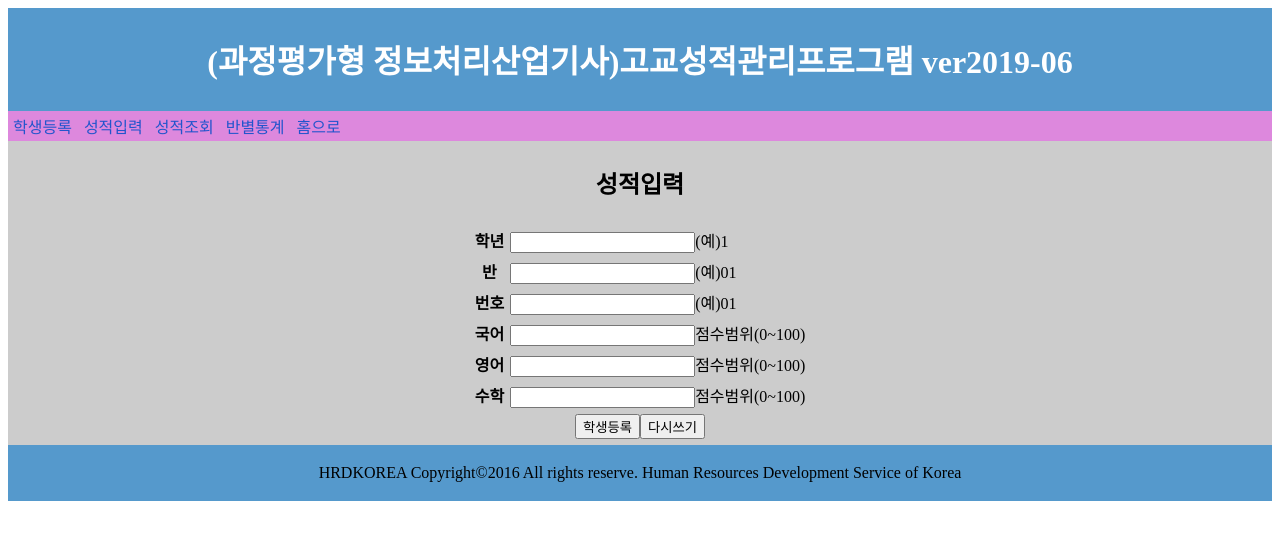
Repository: bolbbal/jdbc
Page: http://localhost/cbq_99/sub3.jsp
The author's editor kept a copy of each file at every save. The page is drawn from the files as they stood at one save, then again after the next save.
The browser window is 1280 px wide. The pictures show the whole page.
The page is served by Tomcat 9. Other server files are loaded and not shown. Queries for data that is not in the repository find no rows.

Above is the page before, as saved 2024-08-26 07:06:06.

### javastudy18/jspStudy/cbq_99/cbq_99/WebContent/sub3.jsp
<%@ page language="java" contentType="text/html; charset=UTF-8"
	pageEncoding="UTF-8"%>
<%@ page import="Model.*"%>
<%@ page import="java.sql.*"%>
<%@ page import="java.util.*"%>
<%@ page import="java.text.*"%>
<!DOCTYPE html>
<html>
<head>
<meta charset="UTF-8">
<title>고교성적관리</title>
<style>
header {
	background: #59c;
	padding: 1px;
}

h1 {
	color: #fff;
	text-align: center;
	padding: 6px
}

nav {
	background: #D8D;
	padding: 1px
}

a {
	text-decoration: none;
	color: #25C;
	display: inline-block;
	padding: 2px 4px;
}

section {
	padding: 1px;
	background: #CCC;
}

h2 {
	text-align: center;
	padding: 3px;
}

footer {
	background: #59c;
	padding: 1px;
}

footer p {
	text-align: center;
	padding: 2px;
}

table, th, td {
	border: 1px solid #ccc;
}

table {
	margin: 0 auto;
}
</style>
<script type="text/javascript">
	function check() {
		if (my.syear.value == "") {
			alert("학년정보가 입력되지 않았습니다!");
			my.syear.focus();
			return false;
		}
		if (my.sclass.value == "") {
			alert("반정보가 입력되지 않았습니다!");
			my.sclass.focus();
			return false;
		}
		if (my.sno.value == "") {
			alert("번호정보가 입력되지 않았습니다!");
			my.sno.focus();
			return false;
		}
		if (my.kor.value == "") {
			alert("국어성적이 입력되지 않았습니다!");
			my.kor.focus();
			return false;
		}
		if (my.eng.value == "") {
			alert("영어성적이 입력되지 않았습니다!");
			my.eng.focus();
			return false;
		}
		if (my.mat.value == "") {
			alert("수학성적이 입력되지 않았습니다!");
			my.mat.focus();
			return false;
		}
		return true;

	}
</script>
</head>
<body>
	<header>
		<h1>(과정평가형 정보처리산업기사)고교성적관리프로그램 ver2019-06</h1>
	</header>
	<nav>
		<a href="sub1.jsp">학생등록</a> <a href="sub2.jsp">성적입력</a> <a
			href="sub3.jsp">성적조회</a> <a href="sub4.jsp">반별통계</a> <a
			href="index.jsp">홈으로</a>
	</nav>
	<section>
		<h2>성적입력</h2>
		<form name="my" method="post" action="sub2pro.jsp"
			onsubmit="return check()">
			<table>
				<tr>
					<th>학년</th>
					<td><input type="text" name="syear">(예)1</td>
				</tr>
				<tr>
					<th>반</th>
					<td><input type="text" name="sclass">(예)01</td>
				</tr>
				<tr>
					<th>번호</th>
					<td><input type="text" name="sno">(예)01</td>
				</tr>
				<tr>
					<th>국어</th>
					<td><input type="text" name="kor">점수범위(0~100)</td>
				</tr>
				<tr>
					<th>영어</th>
					<td><input type="text" name="eng">점수범위(0~100)</td>
				</tr>
				<tr>
					<th>수학</th>
					<td><input type="text" name="mat">점수범위(0~100)</td>
				</tr>
				<tr>
					<td colspan="2" style="text-align: center;"><input
						type="submit" value="학생등록"><input type="reset"
						value="다시쓰기"></td>
				</tr>
			</table>
		</form>
	</section>
	<footer>
		<p>HRDKOREA Copyright&copy;2016 All rights reserve. Human
			Resources Development Service of Korea</p>
	</footer>
</body>
</html>

### javastudy18/jspStudy/cbq_99/cbq_99/src/Model/ScoreDao.java
package Model;

import java.sql.*;
import java.text.DecimalFormat;
import java.util.ArrayList;
import java.util.List;

public class ScoreDao {
	DecimalFormat df = new DecimalFormat("##.0");

	public void close(Connection conn, PreparedStatement pstmt, ResultSet rs) {
		try {
			if (rs != null) {
				rs.close();
			}
			if (pstmt != null) {
				pstmt.close();
			}
			if (conn != null) {
				conn.close();
			}
		} catch (Exception e) {
			e.printStackTrace();
		}
	}

	public void close(Connection conn, PreparedStatement pstmt) {
		try {
			if (pstmt != null) {
				pstmt.close();
			}
			if (conn != null) {
				conn.close();
			}
		} catch (Exception e) {
			e.printStackTrace();
		}
	}

	public void insertStudent(ScoreVo vo) {
		Connection conn = null;
		PreparedStatement pstmt = null;

		String sql = "insert into tbl_student_201905 values (?,?,?,?,?,?,?,?,?)";

		try {
			conn = DBManager.getInstance().getDBManager();
			pstmt = conn.prepareStatement(sql);
			pstmt.setString(1, vo.getSyear());
			pstmt.setString(2, vo.getSclass());
			pstmt.setString(3, vo.getSno());
			pstmt.setString(4, vo.getSname());
			pstmt.setString(5, vo.getBirth());
			pstmt.setString(6, vo.getGender());
			pstmt.setString(7, vo.getTel1());
			pstmt.setString(8, vo.getTel2());
			pstmt.setString(9, vo.getTel3());

			pstmt.executeUpdate();
		} catch (Exception e) {
			e.printStackTrace();
		} finally {
			close(conn, pstmt);
		}
	}

	public void insertScore(ScoreVo vo) {
		Connection conn = null;
		PreparedStatement pstmt = null;

		String sql = "insert into tbl_score_201905 values (?,?,?,?,?,?)";

		try {
			conn = DBManager.getInstance().getDBManager();
			pstmt = conn.prepareStatement(sql);
			pstmt.setString(1, vo.getSyear());
			pstmt.setString(2, vo.getSclass());
			pstmt.setString(3, vo.getSno());
			pstmt.setInt(4, vo.getKor());
			pstmt.setInt(5, vo.getEng());
			pstmt.setInt(6, vo.getMat());

			pstmt.executeUpdate();
		} catch (Exception e) {
			e.printStackTrace();
		} finally {
			close(conn, pstmt);
		}
	}

	public List<ScoreVo> selectScore() {
		Connection conn = null;
		PreparedStatement pstmt = null;
		ResultSet rs = null;

		String sql = "select std.syear, std.sclass, std.sno, std.sname, \r\n" +
				"decode(std.gender, 'M', '남',\r\n" +
				"                   'F', '여') as gender, \r\n" +
				"sc.kor, sc.eng, sc.mat, sum(kor+eng+mat) as tot, \r\n" +
				"round(avg((kor+eng+mat)/3),1) as ave \r\n" +
				"from tbl_student_201905 std, tbl_score_201905 sc \r\n" +
				"where std.sno = sc.sno and std.sclass = sc.sclass\r\n" +
				"group by std.syear, std.sclass, std.sno, std.sname, sc.kor, \r\n" +
				"sc.eng, sc.mat, decode(std.gender, 'M', '남', 'F', '여')\r\n" +
				"order by sclass asc, sno asc";

		List<ScoreVo> list = new ArrayList<ScoreVo>();

		try {
			conn = DBManager.getInstance().getDBManager();
			pstmt = conn.prepareStatement(sql);
			rs = pstmt.executeQuery();

			while(rs.next()) {
				ScoreVo vo = new ScoreVo();
				vo.setSyear(rs.getString("syear"));
				vo.setSclass(rs.getString("sclass"));
				vo.setSno(rs.getString("sno"));
				vo.setSname(rs.getString("sname"));
				vo.setGender(rs.getString("gender"));
				vo.setKor(rs.getInt("kor"));
				vo.setEng(rs.getInt("eng"));
				vo.setMat(rs.getInt("mat"));
				vo.setTot(rs.getInt("tot"));
				double ave = rs.getDouble("ave");
				df.format(ave);
				vo.setAve(ave);
			}
		} catch (Exception e) {
			e.printStackTrace();
		} finally {
			close(conn, pstmt);
		}
		return list;
	}
}

### javastudy18/jspStudy/cbq_99/cbq_99/src/Model/DBManager.java
package Model;

import java.sql.Connection;
import java.sql.DriverManager;

public class DBManager {
	private static DBManager instance = new DBManager();
	private DBManager() {

	}

	public static DBManager getInstance() {
		return instance;
	}

	public Connection getDBManager() {
		Connection conn = null;

		String driver = "oracle.jdbc.driver.OracleDriver";
		String url = "jdbc:oracle:thin:@localhost:1521:xe";
		String id = "jsl18";
		String pw = "1234";

		try {
			Class.forName(driver);
			conn = DriverManager.getConnection(url,id,pw);
		} catch (Exception e) {
			e.printStackTrace();
		}

		return conn;
	}
}

After the next save:
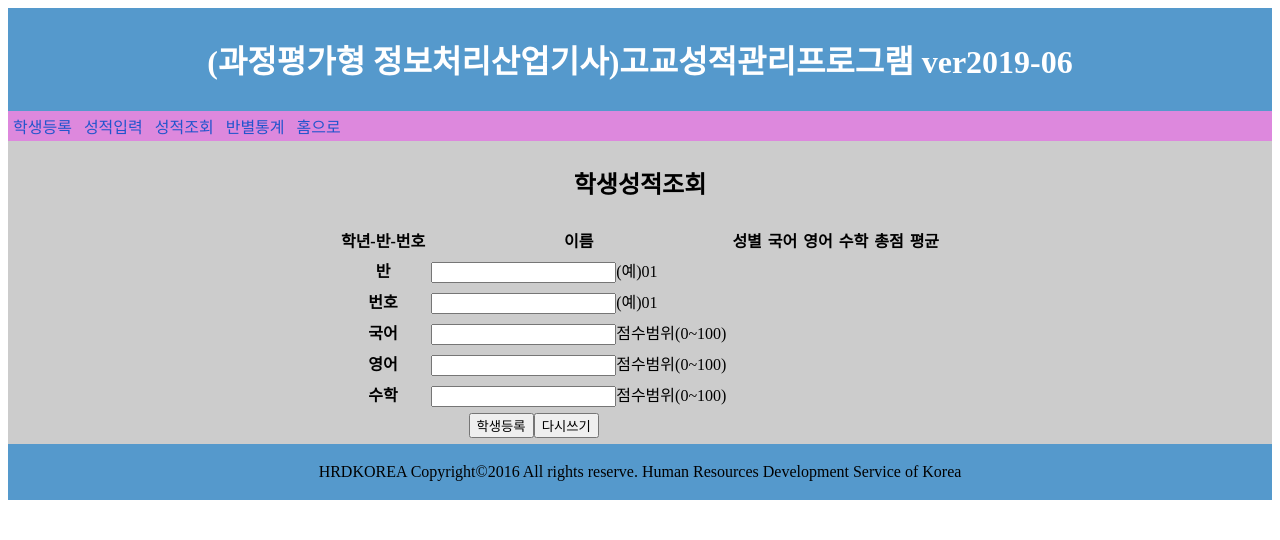
Saved 2 min 11 s later.
--- a/javastudy18/jspStudy/cbq_99/cbq_99/WebContent/sub3.jsp
+++ b/javastudy18/jspStudy/cbq_99/cbq_99/WebContent/sub3.jsp
@@ -4,6 +4,9 @@
 <%@ page import="java.sql.*"%>
 <%@ page import="java.util.*"%>
 <%@ page import="java.text.*"%>
+<% ScoreDao dao = new ScoreDao();
+List<ScoreVo> list = dao.selectScore();
+%>
 <!DOCTYPE html>
 <html>
 <head>
@@ -61,42 +64,7 @@
 	margin: 0 auto;
 }
 </style>
-<script type="text/javascript">
-	function check() {
-		if (my.syear.value == "") {
-			alert("학년정보가 입력되지 않았습니다!");
-			my.syear.focus();
-			return false;
-		}
-		if (my.sclass.value == "") {
-			alert("반정보가 입력되지 않았습니다!");
-			my.sclass.focus();
-			return false;
-		}
-		if (my.sno.value == "") {
-			alert("번호정보가 입력되지 않았습니다!");
-			my.sno.focus();
-			return false;
-		}
-		if (my.kor.value == "") {
-			alert("국어성적이 입력되지 않았습니다!");
-			my.kor.focus();
-			return false;
-		}
-		if (my.eng.value == "") {
-			alert("영어성적이 입력되지 않았습니다!");
-			my.eng.focus();
-			return false;
-		}
-		if (my.mat.value == "") {
-			alert("수학성적이 입력되지 않았습니다!");
-			my.mat.focus();
-			return false;
-		}
-		return true;
 
-	}
-</script>
 </head>
 <body>
 	<header>
@@ -108,13 +76,19 @@
 			href="index.jsp">홈으로</a>
 	</nav>
 	<section>
-		<h2>성적입력</h2>
+		<h2>학생성적조회</h2>
 		<form name="my" method="post" action="sub2pro.jsp"
 			onsubmit="return check()">
 			<table>
 				<tr>
-					<th>학년</th>
-					<td><input type="text" name="syear">(예)1</td>
+					<th>학년-반-번호</th>
+					<th>이름</th>
+					<th>성별</th>
+					<th>국어</th>
+					<th>영어</th>
+					<th>수학</th>
+					<th>총점</th>
+					<th>평균</th>
 				</tr>
 				<tr>
 					<th>반</th>
